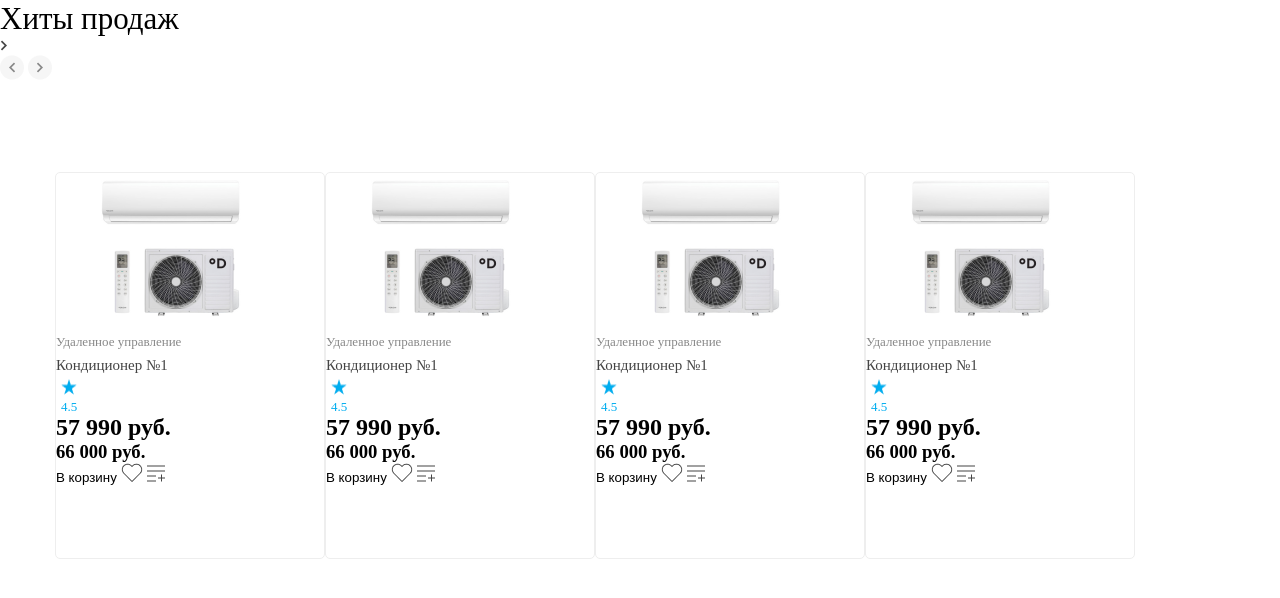
Repository: NikaMana/us
Page: index.html
An editor plug-in stored every save of this project. The page is shown before and after the next save, followed by the edit.
The browser window is 1280 px wide. The pictures show the whole page.

Above is the page before, as saved 2021-09-15 15:32:17.

After the next save:
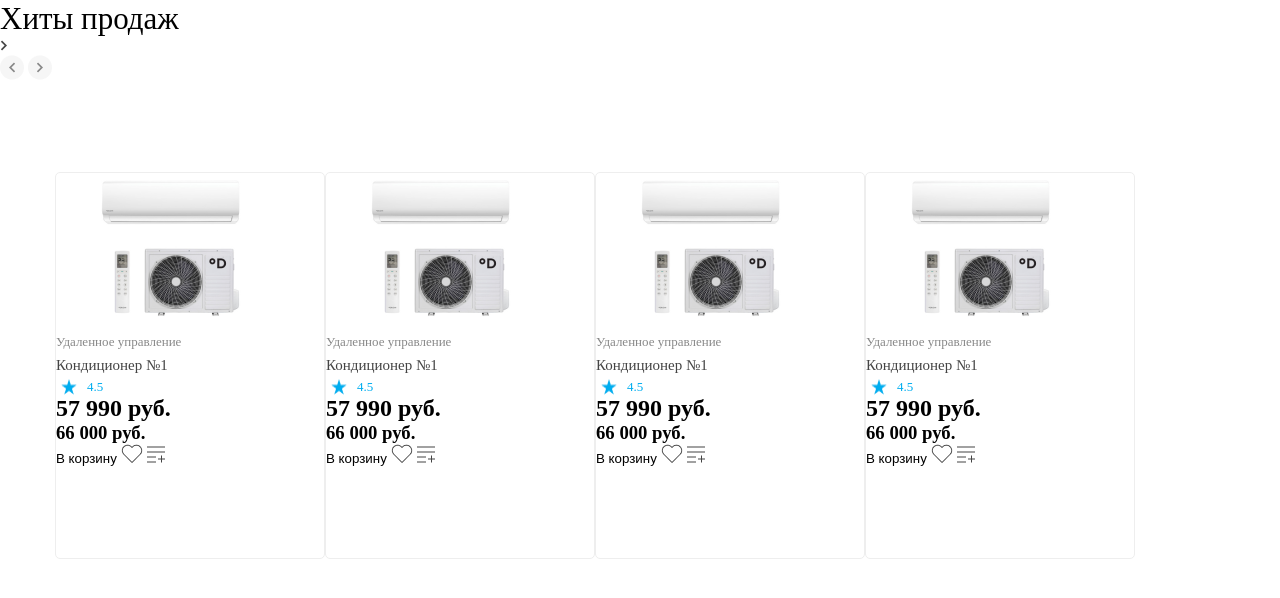
Saved 48 s later.
--- a/styles.css
+++ b/styles.css
@@ -89,6 +89,9 @@ align-self: stretch;
 flex-grow: 0;
 margin: 5px 0px;
 }
+.welcome__rating{
+  display: flex;
+}
 .welcome__star{
   position: static;
 width: 16px;
